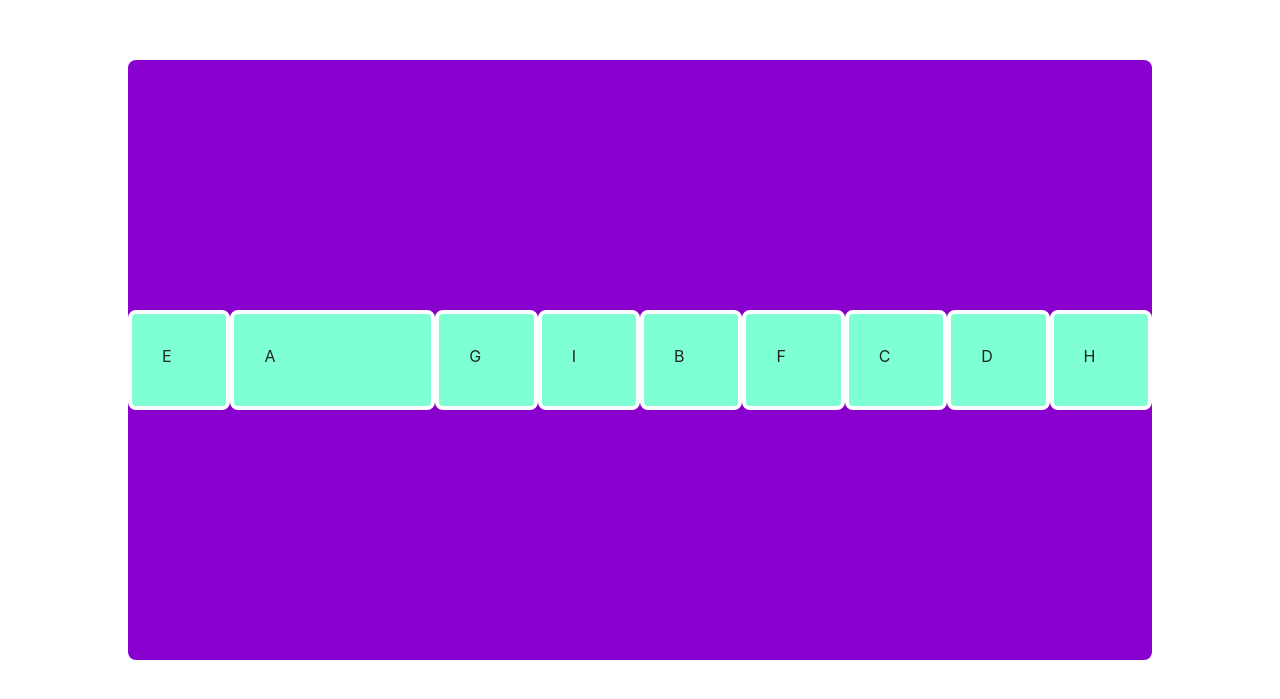
Repository: alessandradiamantino/Curso-Front-End-Design
Page: 1 - Introdução ao HTML e CSS/3 - Layouts, Grids e Flexbox/Bootstrap Grid system/index.html
An editor plug-in stored every save of this project. The page is shown before and after a run of saves, followed by the edit.
The browser window is 1280 px wide. The pictures show the whole page.

Above is the page before, as saved 2023-04-24 12:35:06.

### 1 - Introdução ao HTML e CSS/3 - Layouts, Grids e Flexbox/Bootstrap Grid system/index.html
<!DOCTYPE html>
<html lang="en">
<head>
  <meta charset="UTF-8">
  <meta http-equiv="X-UA-Compatible" content="IE=edge">
  <meta name="viewport" content="width=device-width, initial-scale=1.0">
  <link rel="stylesheet" href="css/bootstrap.min.css">
  <link rel="stylesheet" href="css/style.css">
  <title>Document</title>
</head>

<body>
 <!--
  <div class="my-box container justify-content-center"> <!-- container responsivo
  <div class="row">
    <div class="col-sm- col-lg-3 div-1">DIV 1</div>
    <div class="col-sm- col-lg-2 div-2">DIV 2</div>
    <div class="col-sm- col-lg-2 div-3">DIV 3</div>
  </div>
   </div>
-->
   <div class="my-container">
    <div class="my-item order-1 grow-1" >
      A
    </div>
    <div class="my-item order-2" >
      B
    </div>
    <div class="my-item order-3" >
      C
    </div>
    <div class="my-item order-4" >
      D
    </div>
    <div class="my-item" >
      E
    </div>
    <div class="my-item order-2" >
      F
    </div>
    <div class="my-item order-1" >
      G
    </div>
    <div class="my-item order-4" >
      H
    </div><div class="my-item order-1">
      I

   </div>
</body>
</html>

### 1 - Introdução ao HTML e CSS/3 - Layouts, Grids e Flexbox/Bootstrap Grid system/css/style.css
* {
  box-sizing: border-box;
}
body {
  margin: 0;
  padding: 0;
}

.my-box{
  height: 100px;
}

.my-container{
  display: flex;
  width: 80%;
  height: 600px;
  margin: 60px auto;
  background-color: #8a00cf;
  border-radius: 8px;
  /*flex-direction: row;
  flex-wrap: wrap;*/
  flex-flow: row wrap;
  justify-content: space-between;
  align-items: flex-start;
  align-content: center;
}

.my-item {
  height: 100px;
  padding: 30px;
  background-color: aquamarine;
  border-radius: 8px;
  border: 4px solid white;
  flex-basis: 10%;
}

.order-1 {
  order: 1;
}

.order-2 {
  order: 2;
}

.order-3 {
  order: 3;
}

.order-4 {
  order: 4;
}

.grow-1{
  flex-grow: 1;
}

.grow-2{
  flex-grow: 2;
}

.my-box div {
  background-color: blueviolet;
  height: 80px;
  margin-top: 10px;
}

.my-box .div-1 {
  background-color: aquamarine;
}

.my-box .div-2 {
  background-color: bisque;
}

.my-box .div-3 {
  background-color: cornflowerblue;
}

Loaded but not shown: 1 - Introdução ao HTML e CSS/3 - Layouts, Grids e Flexbox/Bootstrap Grid system/css/bootstrap.min.css (library)

After the next 5 saves:
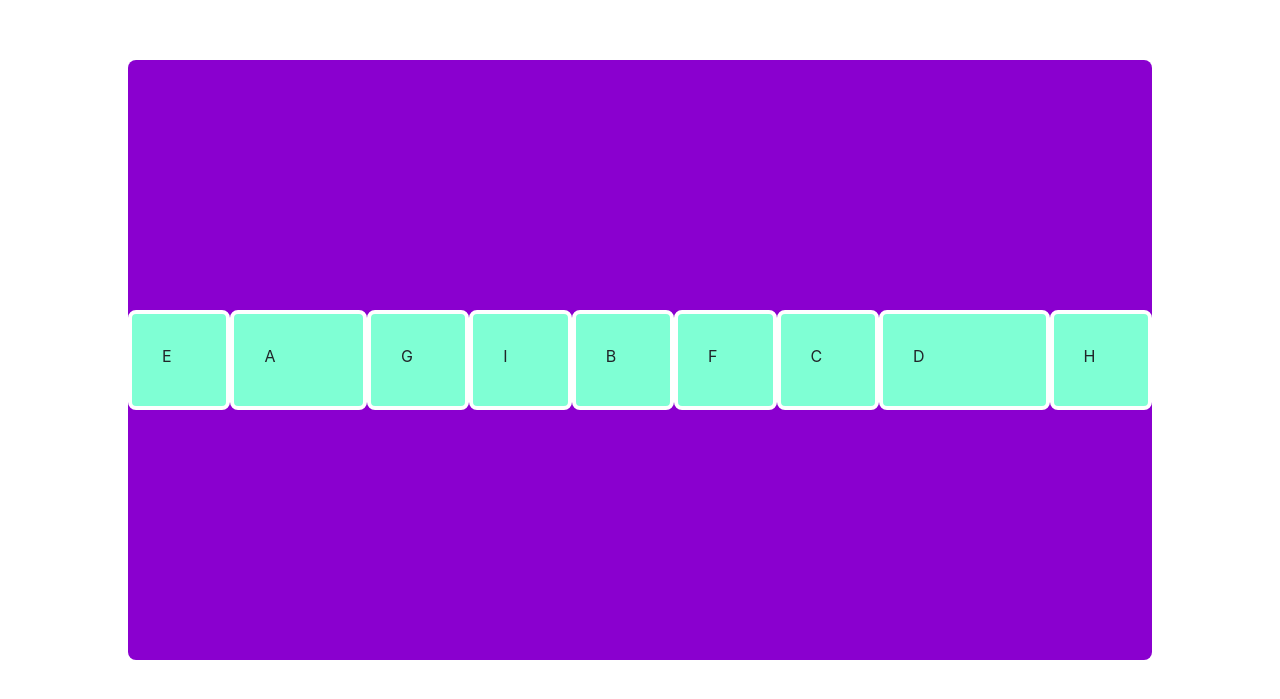
The 5 saves are shown as one change because they came seconds apart.
The last was saved 18 s later.
--- a/1 - Introdução ao HTML e CSS/3 - Layouts, Grids e Flexbox/Bootstrap Grid system/index.html
+++ b/1 - Introdução ao HTML e CSS/3 - Layouts, Grids e Flexbox/Bootstrap Grid system/index.html
@@ -29,7 +29,7 @@
     <div class="my-item order-3" >
       C
     </div>
-    <div class="my-item order-4" >
+    <div class="my-item order-4 grow-2" >
       D
     </div>
     <div class="my-item" >
